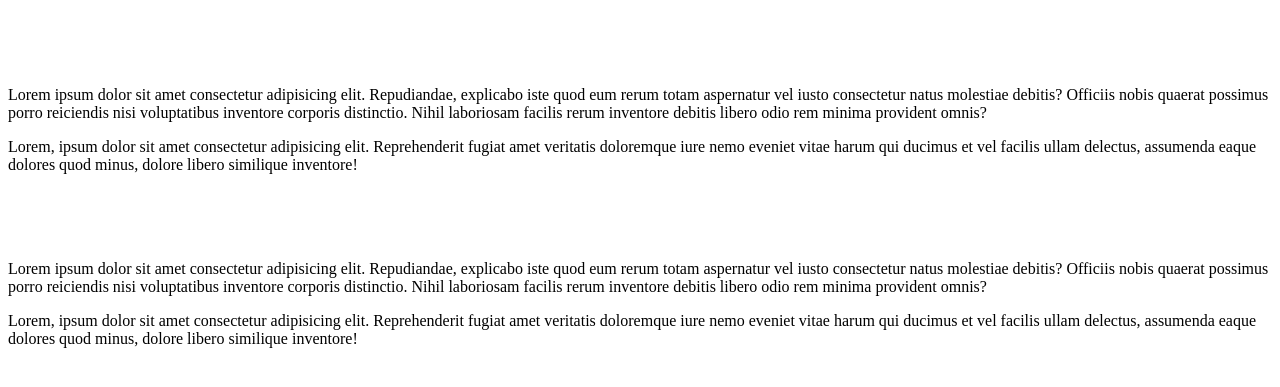
Repository: diensy/Web_dev
Page: Css/Exercise/index.html
An editor plug-in stored every save of this project. The page is shown before and after a run of saves, followed by the edit.
The browser window is 1280 px wide. The pictures show the whole page.

Above is the page before, as saved 2024-05-22 23:20:30.

### Css/Exercise/index.html
<!DOCTYPE html>
<html lang="en">
  <head>
    <meta charset="UTF-8" />
    <meta name="viewport" content="width=device-width, initial-scale=1.0" />
    <title>Document</title>
    <link rel="stylesheet" href="style.css" />
  </head>
  <body>
    <!-- <div>
      <p id="first">
        Lorem, ipsum dolor sit amet consectetur adipisicing elit. Ipsa, quod.
      </p>
      <p id="second">
        Lorem ipsum, dolor sit amet consectetur adipisicing elit. Placeat,
        deleniti.
      </p>
      <p id="Third">
        Lorem ipsum, dolor sit amet consectetur adipisicing elit. Placeat,
        deleniti.
      </p>
      <p id="fourth">
        Lorem ipsum, dolor sit amet consectetur adipisicing elit. Placeat,
        deleniti.
      </p>
      <p id="fifth">
        Lorem ipsum, dolor sit amet consectetur adipisicing elit. Placeat,
        deleniti.
      </p>
    </div> -->
    <div>
      <p>
        Lorem ipsum, dolor sit amet consectetur adipisicing elit. Ipsum nostrum
        accusantium voluptatibus molestias vero veritatis nisi ab laborum sunt,
        quos quasi quibusdam dolore porro quia ullam consequatur corrupti
        consequuntur aperiam ut impedit eligendi, vitae perspiciatis odio
        veniam. Quo maiores modi eveniet praesentium, incidunt, alias voluptatem
        culpa reiciendis dicta iure ullam dolor, enim doloremque tempore ad? Hic
        molestiae, animi beatae fugiat culpa ipsa accusantium modi quia?`
      </p>
      <p>
        Lorem ipsum dolor sit amet consectetur adipisicing elit. Repudiandae,
        explicabo iste quod eum rerum totam aspernatur vel iusto consectetur
        natus molestiae debitis? Officiis nobis quaerat possimus porro
        reiciendis nisi voluptatibus inventore corporis distinctio. Nihil
        laboriosam facilis rerum inventore debitis libero odio rem minima
        provident omnis?
      </p>
      <p>
        Lorem, ipsum dolor sit amet consectetur adipisicing elit. Reprehenderit
        fugiat amet veritatis doloremque iure nemo eveniet vitae harum qui
        ducimus et vel facilis ullam delectus, assumenda eaque dolores quod
        minus, dolore libero similique inventore!
      </p>
    </div>
    <div>
      <p>
        Lorem ipsum, dolor sit amet consectetur adipisicing elit. Ipsum nostrum
        accusantium voluptatibus molestias vero veritatis nisi ab laborum sunt,
        quos quasi quibusdam dolore porro quia ullam consequatur corrupti
        consequuntur aperiam ut impedit eligendi, vitae perspiciatis odio
        veniam. Quo maiores modi eveniet praesentium, incidunt, alias voluptatem
        culpa reiciendis dicta iure ullam dolor, enim doloremque tempore ad? Hic
        molestiae, animi beatae fugiat culpa ipsa accusantium modi quia?`
      </p>
      <p>
        Lorem ipsum dolor sit amet consectetur adipisicing elit. Repudiandae,
        explicabo iste quod eum rerum totam aspernatur vel iusto consectetur
        natus molestiae debitis? Officiis nobis quaerat possimus porro
        reiciendis nisi voluptatibus inventore corporis distinctio. Nihil
        laboriosam facilis rerum inventore debitis libero odio rem minima
        provident omnis?
      </p>
      <p>
        Lorem, ipsum dolor sit amet consectetur adipisicing elit. Reprehenderit
        fugiat amet veritatis doloremque iure nemo eveniet vitae harum qui
        ducimus et vel facilis ullam delectus, assumenda eaque dolores quod
        minus, dolore libero similique inventore!
      </p>
    </div>
  </body>
</html>

### Css/Exercise/style.css
p:first-child {
  background-color:e;
  color: white;
}

After the next 6 saves:
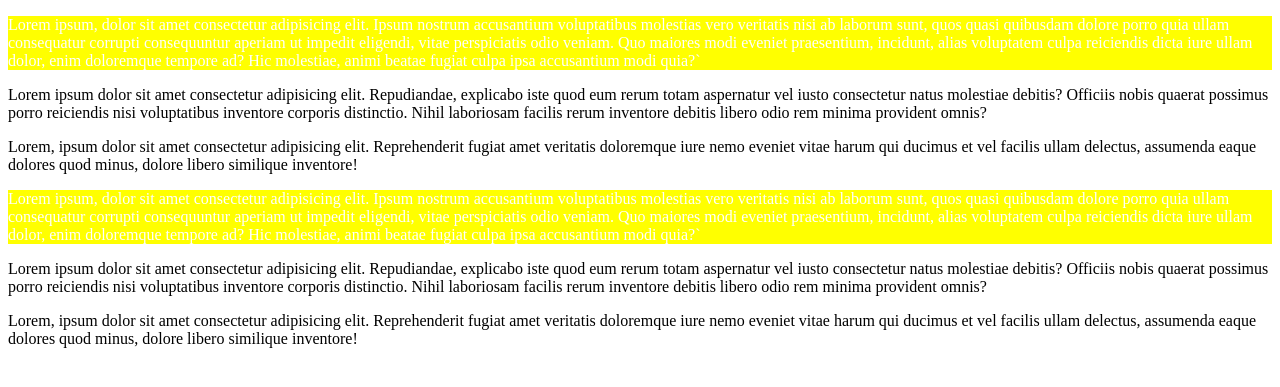
The 6 saves are shown as one change because they came seconds apart.
The last was saved 15 s later.
--- a/Css/Exercise/style.css
+++ b/Css/Exercise/style.css
@@ -1,4 +1,4 @@
 p:first-child {
-  background-color:e;
+  background-color:yellow;
   color: white;
 }
